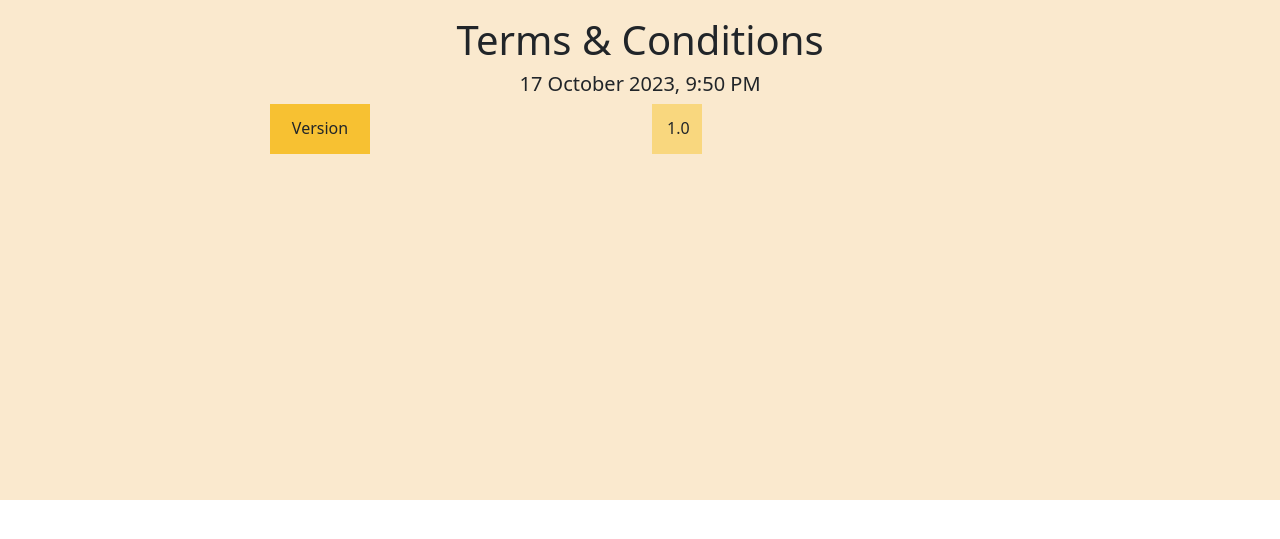
Repository: injectGroup/github.io
Page: terms.html
The author's editor kept a copy of each file at every save. The page is drawn from the files as they stood at one save, then again after the next save.
The browser window is 1280 px wide. The pictures show the whole page.

Above is the page before, as saved 2023-11-29 12:59:30.

### terms.html
<!doctype html>
<html lang="en">

<head>
    <meta charset="utf-8">
    <meta name="viewport" content="width=device-width, initial-scale=1">
    <title>Bootstrap demo</title>
    <!-- GOULD CUSTOM CSS-->
    <link rel="stylesheet" href="/gouldwalletlegal/css/gouldcustom.css">
    <!--- BOOTSTRAP CDN -->
    <link href="https://cdn.jsdelivr.net/npm/bootstrap@5.3.2/dist/css/bootstrap.min.css" rel="stylesheet"
        integrity="sha384-T3c6CoIi6uLrA9TneNEoa7RxnatzjcDSCmG1MXxSR1GAsXEV/Dwwykc2MPK8M2HN" crossorigin="anonymous">
</head>

<body>
    <!-- Content here -->
    <div class="container-fluid text-center terms-content">
        <div class="row align-items-center">
            <div class="col align-self-center">
                <h1 class="text-center">
                    Terms & Conditions
                </h1>
            </div>
        </div>
        <div class="row align-items-center">
            <h5 class="version-date">
                17 October 2023, 9:50 PM
            </h5>
            <div class="col align-self-center">
                <h6 class="version">
                    Version
                </h6>
            </div>
            <div class="col">
                <h6 class="version-number">1.0</h6>
            </div>
        </div>
    </div>
    <!-- BOOTSTRAP JS-->
    <script src="https://cdn.jsdelivr.net/npm/bootstrap@5.3.2/dist/js/bootstrap.bundle.min.js"
        integrity="sha384-C6RzsynM9kWDrMNeT87bh95OGNyZPhcTNXj1NW7RuBCsyN/o0jlpcV8Qyq46cDfL"
        crossorigin="anonymous"></script>
</body>

</html>

### gouldwalletlegal/css/gouldcustom.css
/*
 *AUTHOR: Abdulkadir Mohammed @ Inject
 *DATE: Wed 29 November 2023
  *
 *This is a custom css for gould wallet.
 */
/*****************************
 *********** HEAD ***********
 *****************************/
.terms-content {
    background-color: #FAE9CE;
    padding: 16px 0px 16px 0px;
    height: 500px;
    width: 100%;
    padding-right: 15px;
    padding-left: 15px;
    margin-right: auto;
    margin-left: auto;
    display: block;
    box-sizing: border-box;
}

.version {
    width: 100px;
    background-color: #F7C132;
    padding: 15px;
    margin-right: auto;
    margin-left: auto;
    display: block;
    box-sizing: border-box;
}

.version-number {
    background-color: #F9D77E;
    padding: 15px;
    width: 50px !important;
    height: 50px !important;
}


/*****************************
  *********** BODY ***********
 *****************************/

/*****************************
 *********** FOOTER ***********
*****************************/

After the next save:
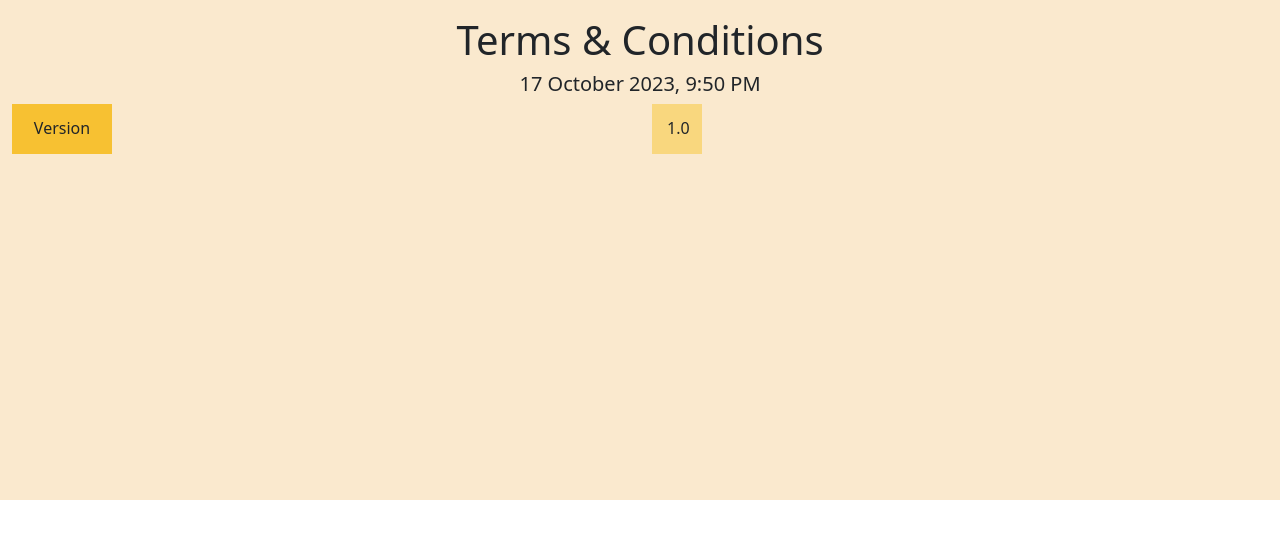
Saved 23 s later.
--- a/gouldwalletlegal/css/gouldcustom.css
+++ b/gouldwalletlegal/css/gouldcustom.css
@@ -24,10 +24,8 @@
     width: 100px;
     background-color: #F7C132;
     padding: 15px;
-    margin-right: auto;
-    margin-left: auto;
-    display: block;
-    box-sizing: border-box;
+    width: 100px !important;
+    height: 50px !important;
 }
 
 .version-number {
